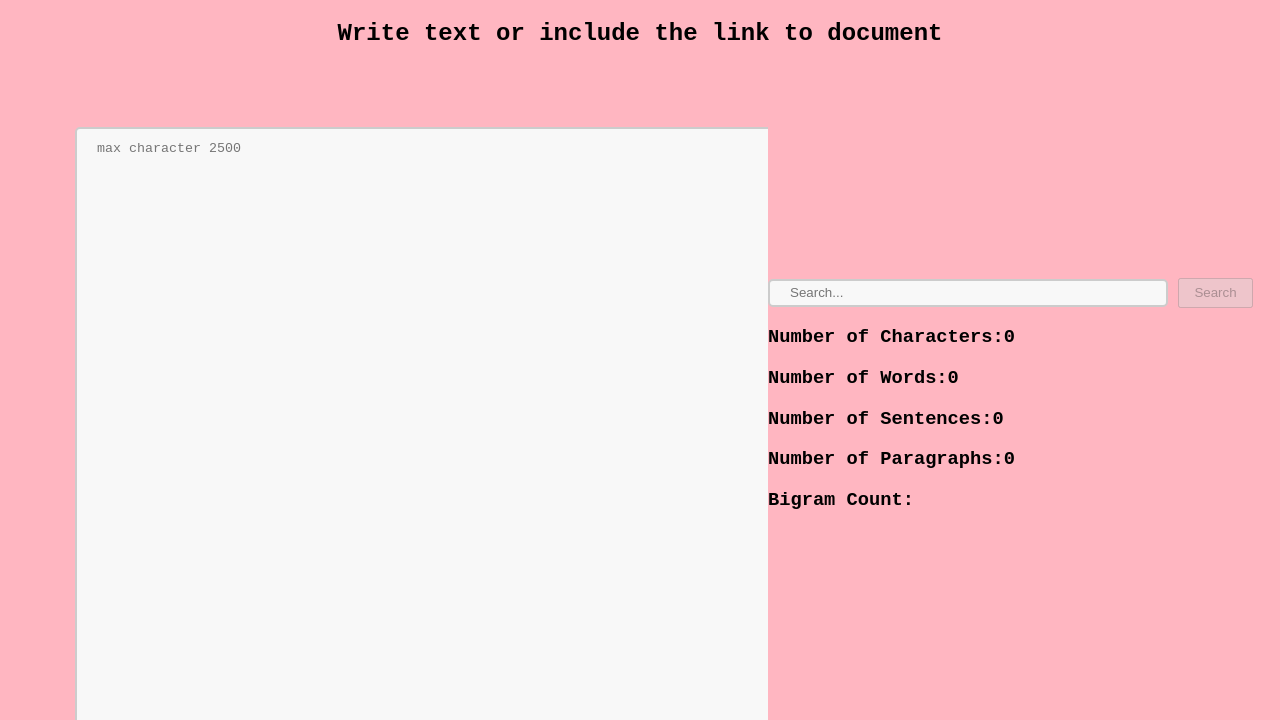
Repository: zitac234/TTPProject
Page: /
An editor plug-in stored every save of this project. The page is shown before and after a run of saves, followed by the edit.
The browser window is 1280 px wide. The pictures show the whole page.
The project was rebuilt for these pictures with package versions that can differ from the ones it lists, and the page was loaded fresh each time. Also part of the build but not shown: webpack.config.js.

Above is the page before, as saved 2021-06-21 05:53:42.

### public/index.html
<!DOCTYPE html>
<html lang="en">
<head>
      <meta charset="UTF-8">
      <meta http-equiv="X-UA-Compatible" content="IE=edge">
      <meta name="viewport" content="width=device-width, initial-scale=1.0">
      <script src="/bundle.js" defer></script>
      <title>Google Word Count</title>
      <link rel="stylesheet" href="/style.css" />
</head>
<body>
      <div id="app"></div>
</body>
</html>

### client/index.js
import React from 'react';
// import Form from './Form'
import CreateForm from './CreateForm'
import ReactDOM from 'react-dom';

ReactDOM.render(
  // <Form/>,
  <CreateForm/>,
  document.getElementById('app')
)

### client/CreateForm.js
import React, { useEffect, useState } from 'react'
import Form  from './Form'

export default function CreateForm (props) {
      const [text, setText] = useState('')
      const [search, setSearch] = useState('')
      let [counted, numberOfCharacter] = [0,0]
      function handleChange(evt){
            if(evt.target.name === 'text') setText(evt.target.value)
            else setSearch(evt.target.value)
      }
      function handleSubmit(evt){
            evt.preventDefault()
      }
      useEffect(()=>{
            document.getElementById('btn').addEventListener('click', ()=>{
                  let SearchArray = counts(text, ' ')[1].filter(word => word === search)
                  let searchWord = (SearchArray)? `There are ${SearchArray.length} ${search}.`:`There is no ${search}.`
                  document.getElementById('result').innerHTML = searchWord
            })
      })
      return(
            <Form
                  text={text}
                  search={search}
                  handleChange={handleChange}
                  handleSubmit={handleSubmit}
                  numberOfCharacter = {countCharacters}
                  counted = {counts}
            />
      )
}
const counts = (str,demilter)=>{
      let textSplit = str.split(demilter)
      let strArray = textSplit.filter(s => s && s.trim())
      return [strArray.length, strArray]
}
const countCharacters = (str)=>{
      let textSplit = str.split('')
      let characterArray = textSplit.filter(character => character)
      return characterArray.length
}

### client/Form.js
import React from 'react'

export default function Form(props){
      let numberOfSentence =( props.counted(props.text,   /[!\.\?]/) || 0)
      let numberOfWord = (props.counted(props.text,   ' ') || 0)
      let  numberOfParagraph= (props.counted(props.text,  /\r?\n/) || 0)
      return (
            <div>
                  <h2 id = 'paragraph'>Write text or include the link to document</h2>
                  <div className = 'split left'>
                        <div  className = 'centered'>
                              <p  id = 'line'><textarea  name= 'text'   onChange={props.handleChange} id = 'textarea'  placeholder = 'max character 2500' maxLength='2500'></textarea></p>
                        </div>
                  </div>
                  <div className = 'split right'>
                        <div className = 'centered'>
                              <form  onSubmit={props.handleSubmit} >
                                    <input  name="search"  onChange={props.handleChange} type="text" placeholder = 'Search...'/>
                                    <button  id =  'btn'  type='submit' disabled={!props.search} >Search</button>
                              </form>
                              <h3 id = 'result'></h3>
                              <h3>Number of Characters:{props.numberOfCharacter(props.text)}</h3>
                              <h3>Number of Words:{numberOfWord[0]}</h3>
                              <h3>Number of Sentences:{numberOfSentence[0]}</h3>
                               <h3>Number of Paragraphs:{numberOfParagraph[0]}</h3>
                              <h3>Bigram  Count:</h3>
                        </div>
                  </div>
            </div>
      )
}

### public/style.css
body{
      font-family: 'Courier New', Courier, monospace;
      background-color: lightpink;
}
.split{
      height: 100%;
      position: fixed;
      z-index: 1;
      top: 0;
      overflow-x: hidden;
      overflow-y: hidden
}
#line{
      border-right: 2px solid black;
      padding: 75px;
}
.left{
      left:0;
      width: 60%;
}
.right{
      right:0%;
      width: 40%;
}
.centered {
      position: absolute;
      top: 5%;
}
textarea {
      width: 700px;
      height: 650px;
      left: 5%;
}
input{
      margin-top: 50%;
      width: 400px;
      height:25px;
}
input, textarea{
      padding: 12px 20px;
      box-sizing: border-box;
      border: 2px solid #ccc;
      border-radius: 5px;
      background-color: #f8f8f8;
      resize: none;
}
button{
      width:75px;
      height: 30px;
      margin-left: 10px;
}
#paragraph{
      text-align: center;
}

After the next 2 saves:
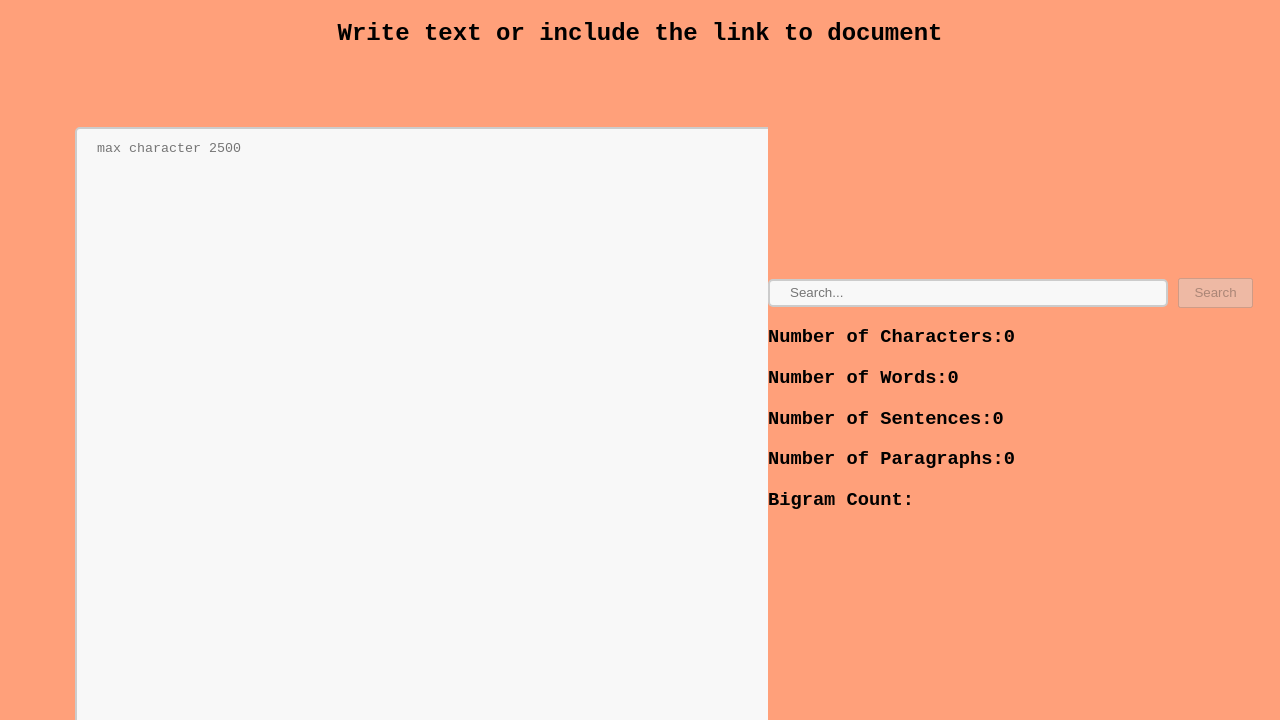
The 2 saves are shown as one change because they came seconds apart.
The last was saved 12 s later.
--- a/public/style.css
+++ b/public/style.css
@@ -1,6 +1,6 @@
 body{
       font-family: 'Courier New', Courier, monospace;
-      background-color: lightpink;
+      background-color: lightsalmon;
 }
 .split{
       height: 100%;

After the save that followed:
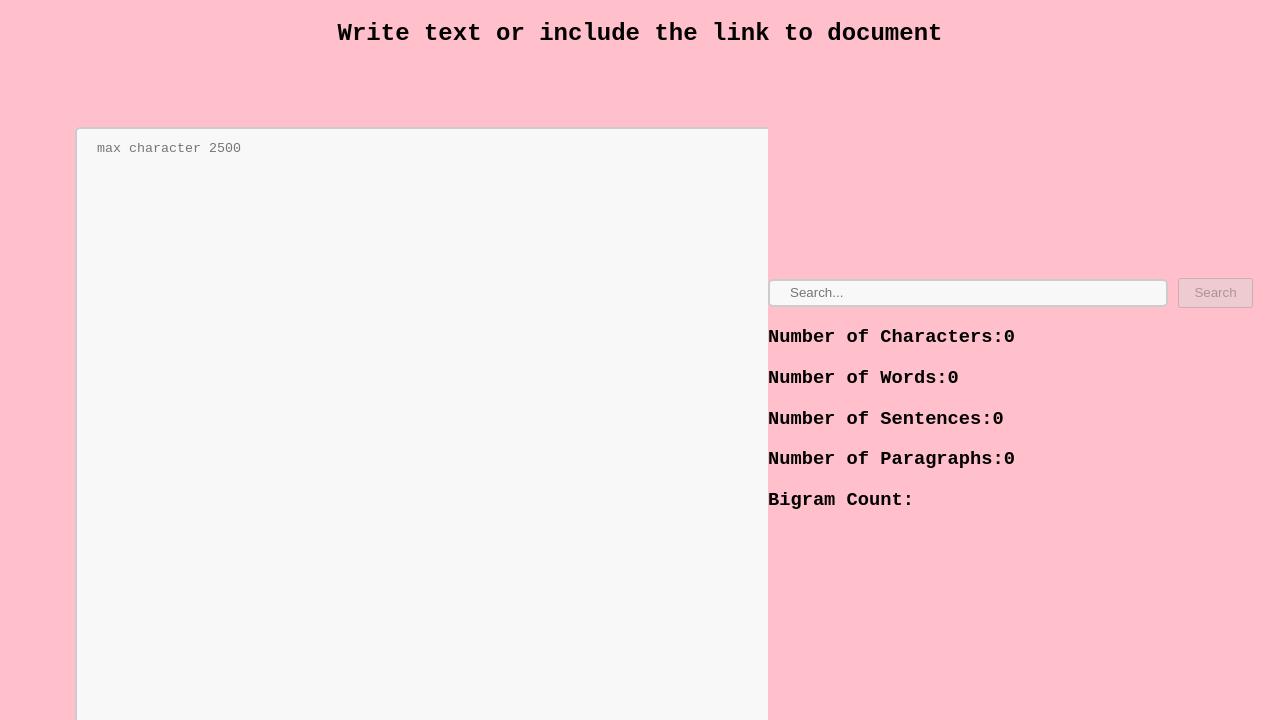
Saved 20 s later.
--- a/public/style.css
+++ b/public/style.css
@@ -1,6 +1,6 @@
 body{
       font-family: 'Courier New', Courier, monospace;
-      background-color: lightsalmon;
+      background-color: pink;
 }
 .split{
       height: 100%;
